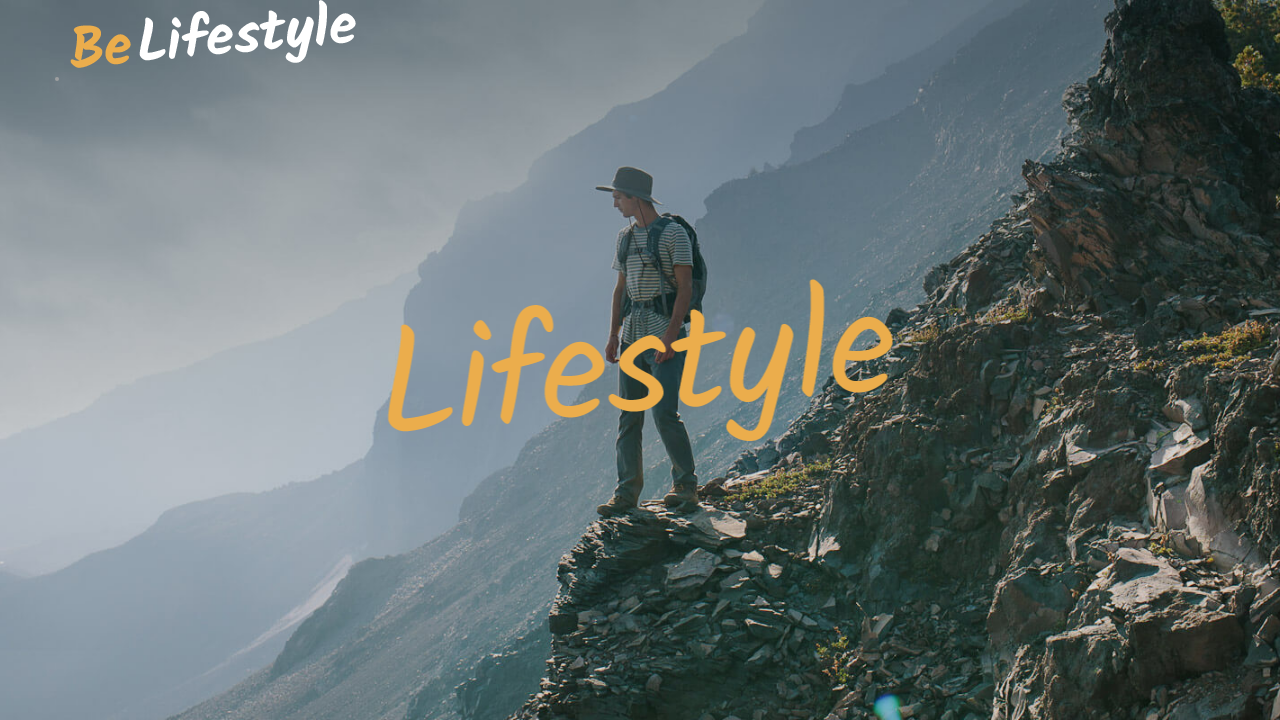
Repository: MalgorzataMazur/BeLife
Page: index.html
These files come from the project's save history. The page is drawn as it stood at one moment and after the next save; the edit follows.
The browser window is 1280 px wide. The pictures show the whole page.

Above is the page before, as saved 2019-10-30 11:10:31.

After the next save:
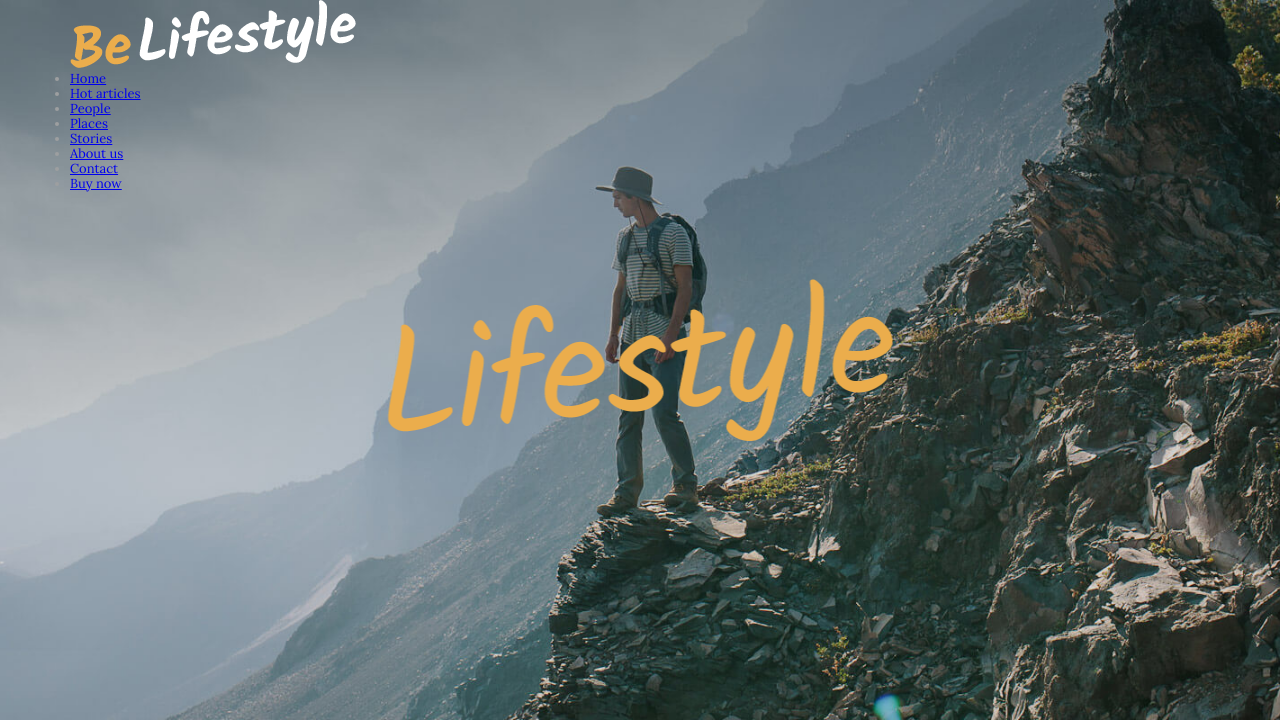
Saved 2 min 43 s later.
--- a/index.html
+++ b/index.html
@@ -17,7 +17,14 @@
             <div class="row">
                 <img src="resources/img/retina-lifestyle.png" alt="BeLifestyle logo" class="logo">
                 <ul class="main-nav">
-                    <li><a href="#"></a></li>
+                    <li><a href="#">Home</a></li>
+                    <li><a href="#">Hot articles</a></li>
+                    <li><a href="#">People</a></li>
+                    <li><a href="#">Places</a></li>
+                    <li><a href="#">Stories</a></li>
+                    <li><a href="#">About us</a></li>
+                    <li><a href="#">Contact</a></li>
+                    <li><a href="#">Buy now</a></li>
 
                 </ul>
 
